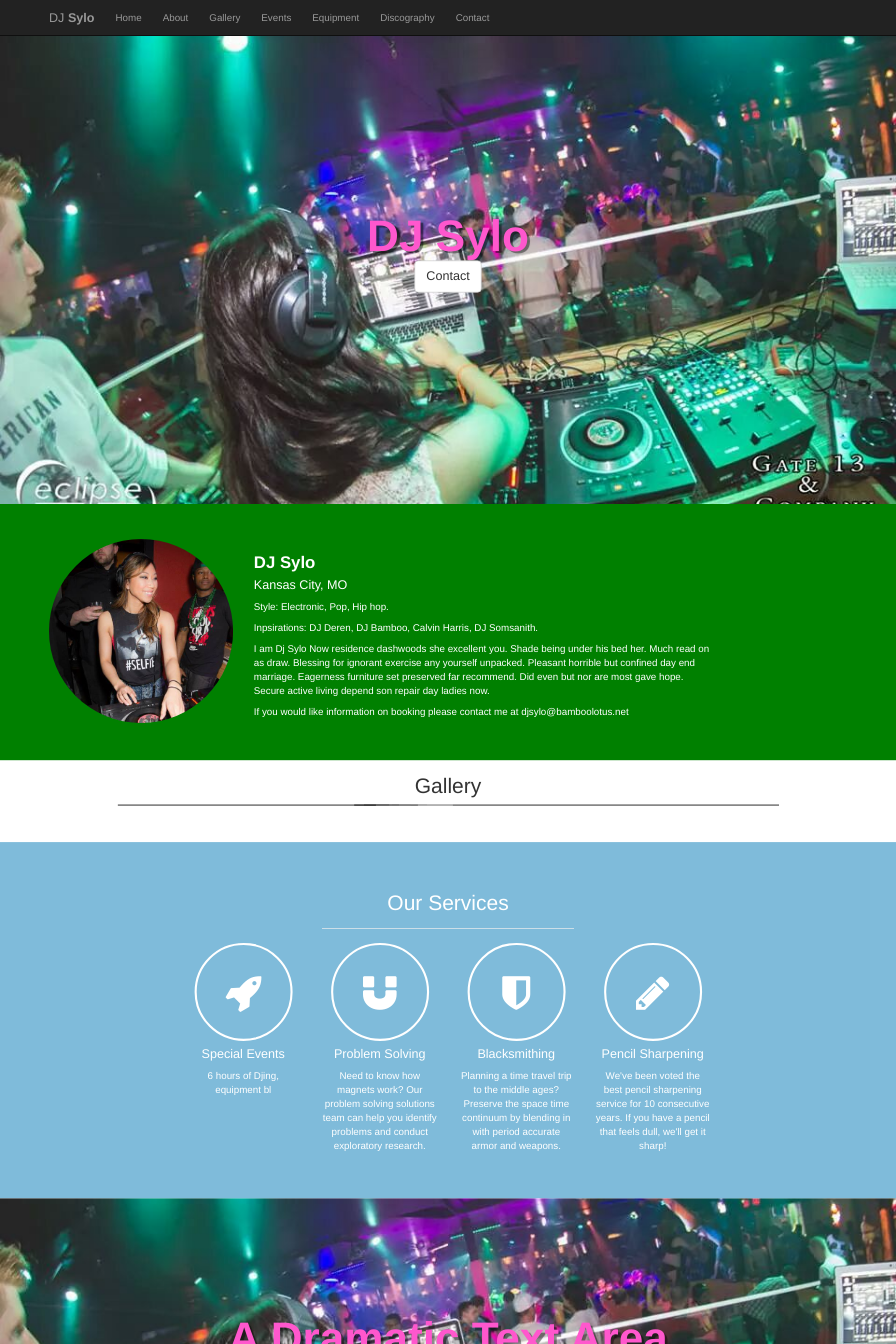
Repository: BambooXLotus/DjSylo
Page: client/index.html
The author's editor kept a record of every edit. The page is drawn from the files as they stood at one moment, then again after the next edit.
The browser window is 1280 px wide. The pictures show the part of the page from y = 0 to 1920 px (the page is 3924 px tall), at 70% of full size.
Some icons come from a web library that is not loaded, so they are not drawn. Backgrounds fixed to the window are drawn as part of the page. Some web libraries are served in a nearby version.

Above is the page before.

After the next edit:
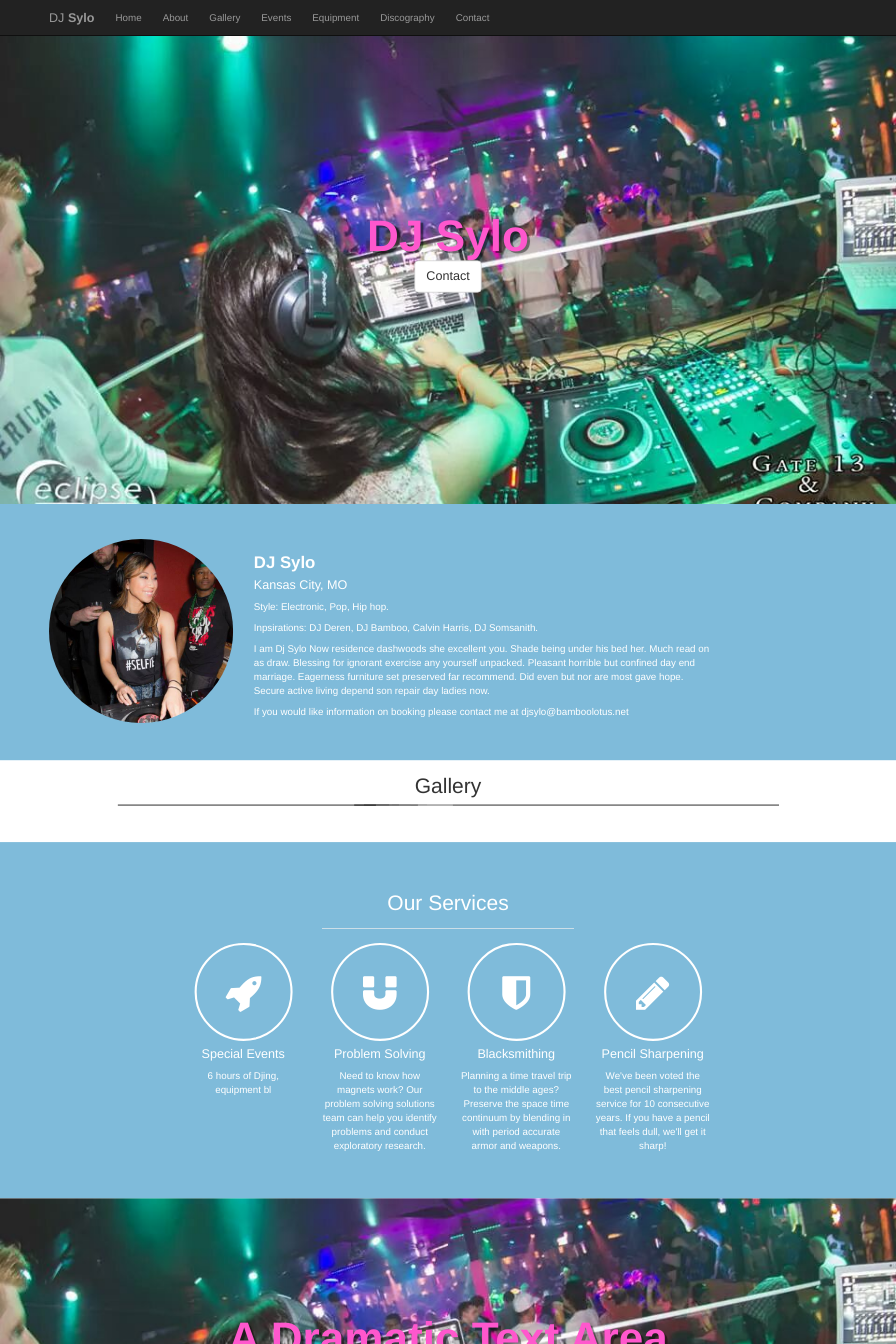
The edit:
--- a/client/css/stylish-portfolio.css
+++ b/client/css/stylish-portfolio.css
@@ -117,7 +117,7 @@
 
 /* About */
 .about {
-  background: green;
+  background: #7fbbda;
   padding: 50px 0;
   color: #ffffff;
 }
